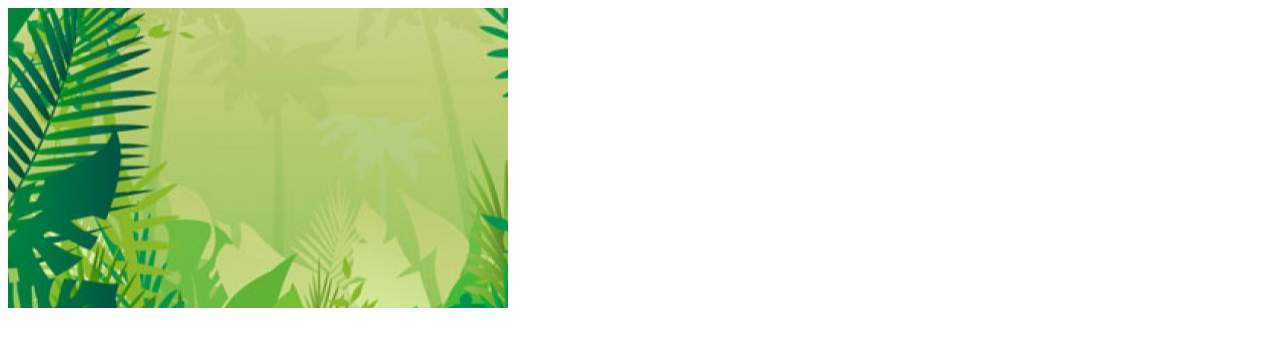
Repository: RathipriyaChandrasekaran/dotlite
Page: ConnectDots/animals.html
An editor plug-in stored every save of this project. The page is shown before and after the next save, followed by the edit.
The browser window is 1280 px wide. The pictures show the whole page.

Above is the page before, as saved 2014-12-15 02:52:41.
Console error: ReferenceError: text is not defined

### ConnectDots/animals.html
<!DOCTYPE html>
<html>
<head>
     <meta charset="utf-8" />
     <meta name="viewport" content="width=device-width, initial-scale=1.0, maximum-scale=1.0">
     <link rel="stylesheet" type="text/css" href="css/appstyle.css"/>
     <script src="js/main.js"></script>
</head>
<body>

  <canvas id="canvas1" width="500" height="300">
  <img src="home.png style=" width:50px !important; height: 50px !important;"></img>
  </canvas>
  <script type="text/javascript">

  var animals = [
                 {
                     url : "http://data1.whicdn.com/images/30005420/large.png",
                     points : [{"x":117,"y":242},{"x":123,"y":140},{"x":99,"y":23},{"x":156,"y":33},{"x":227,"y":42},{"x":325,"y":62},{"x":221,"y":131},{"x":158,"y":181},{"x":171,"y":245},{"x":210,"y":245},{"x":214,"y":195},{"x":267,"y":262},{"x":280,"y":173},{"x":317,"y":157},{"x":307,"y":239},{"x":350,"y":234},{"x":371,"y":137}]
                 }
                 ];

             var animalSelected = 0;
             var animal = animals[animalSelected];

             var can = document.getElementById('canvas1');
             var context = can.getContext('2d');
             var radius = 12;
             var readyToTouchClr = "green";
             var readyToConnectClr = "yellow";
             var clr = "red";

             var height = 300;
             var width = 500;

             context.beginPath();
             context.rect(1, 1, width-2, height-2);
             //context.fillStyle= 'green';
             context.fill();
             context.lineWidth = 1;
             context.strokeStyle = 'black';
             context.stroke();

             function loadCanvas(dataURL, _cb) {

                 // load image from data url
                 var imageObj = new Image();
                 imageObj.onload = function() {
                     var imgWidth = this.width;
                     var imgHeight = this.height;
                     var posX = (width - imgWidth)/2;
                     var posY = (height - imgHeight)/2;
                     context.drawImage(this, -5, posY + 10);
                     if (_cb) _cb();
                 };

                 imageObj.src = dataURL;
             }

            loadCanvas("images/jungle.png", function() {
               drawCircle(point,text);
            });

             function drawCircle(point, text) {
               context.beginPath();
               context.arc(point.x, point.y, radius, 0, 2 * Math.PI, false);
               context.fillStyle = clr;
               context.fill();
               context.lineWidth = 2;
               context.strokeStyle = '#003300';
               context.stroke();


               context.fillStyle = "white";
               var font = "bold " + radius +"px serif";
               context.font = font;
               // Move it down by half the text height and left by half the text width
               var width = context.measureText(text).width;
               var height = context.measureText("w").width; // this is a GUESS of height
               context.fillText(text, point.x - (width/2), point.y + (height/2));
             }

             for(var i in animal.points) {
            	   var point = animal.points[i];
            	   drawCircle(point, i);
            	  }


  </script>
  </body>
  </html>

### ConnectDots/css/appstyle.css
#backgroundimage{
	display: block;

    background-repeat: no-repeat ;
}

#play{
	position: absolute;
	top: 80px;
	left: 320px;
	width: 100px;
	height: 35px;
}

#pref{
	position : absolute;
	top: 130px;
	left: 320px;
	width: 100px;
	height: 30px;
}
#moregame{
	position : absolute;
	top: 170px;
	left: 320px;
	width: 100px;
	height: 30px;
}

#fullversion{
	position : absolute;
	top: 210px;
	left: 320px;
	width: 100px;
	height: 30px;
}

.button {
   border-top: 1px solid #96d1f8;
   background: #D2691E;
   background: -webkit-gradient(linear, left top, left bottom, from(#3e779d), to(#65a9d7));
   background: -webkit-linear-gradient(top, #3e779d, #65a9d7);
   background: -moz-linear-gradient(top, #3e779d, #65a9d7);
   background: -ms-linear-gradient(top, #3e779d, #65a9d7);
   background: -o-linear-gradient(top, #3e779d, #65a9d7);
   padding: 5px 10px;
   -webkit-border-radius: 8px;
   -moz-border-radius: 8px;
   border-radius: 8px;
   -webkit-box-shadow: rgba(0,0,0,1) 0 1px 0;
   -moz-box-shadow: rgba(0,0,0,1) 0 1px 0;
   box-shadow: rgba(0,0,0,1) 0 1px 0;
   text-shadow: rgba(0,0,0,.4) 0 1px 0;
   color: white;
   font-size: 16px;
   font-family: Georgia, serif;
   text-decoration: none;
   vertical-align: middle;
   width: 150px;
   }
.button:hover {
   border-top-color: #28597a;
   background: #28597a;
   color: #ccc;
   }
.button:active {
   border-top-color: #1b435e;
   background: #D2691E;
   }
   .smallbutton {
   border-top: 1px solid #96d1f8;
   background: #65a9d7;
   background: -webkit-gradient(linear, left top, left bottom, from(#3e779d), to(#65a9d7));
   background: -webkit-linear-gradient(top, #3e779d, #65a9d7);
   background: -moz-linear-gradient(top, #3e779d, #65a9d7);
   background: -ms-linear-gradient(top, #3e779d, #65a9d7);
   background: -o-linear-gradient(top, #3e779d, #65a9d7);
   padding: 5px 10px;
   -webkit-border-radius: 8px;
   -moz-border-radius: 8px;
   border-radius: 8px;
   -webkit-box-shadow: rgba(0,0,0,1) 0 1px 0;
   -moz-box-shadow: rgba(0,0,0,1) 0 1px 0;
   box-shadow: rgba(0,0,0,1) 0 1px 0;
   text-shadow: rgba(0,0,0,.4) 0 1px 0;
   color: white;
   font-size: 14px;
   font-family: Georgia, serif;
   text-decoration: none;
   vertical-align: middle;
   width:150px;
   }

### ConnectDots/js/main.js
var startTime;
var checkTime;

//Initialize function
var init = function () {
	// TODO:: Do your initialization job
	console.log("init() called");

	// add eventListener for tizenhwkey
	document.addEventListener('tizenhwkey', function(e) {
		if(e.keyName == "back") {
			try {
				tizen.application.getCurrentApplication().exit();
			} catch (error) {
				console.error("getCurrentApplication(): " + error.message);
			}
		}
	});
};
// window.onload can work without <body onload="">
window.onload = init;

function startTime() {
	var today = new Date();
	var h = today.getHours();

	var m = today.getMinutes();
	var s = today.getSeconds();
	m = checkTime(m);
	s = checkTime(s);
	document.getElementById('divbutton1').innerHTML="Current time: " + h + ":" + m + ":" + s;
	var t = setTimeout(startTime, 250);
}

function checkTime(i) {
	if (i < 10) {
		i="0" + i;
	}
	return i;
}

After the next save:
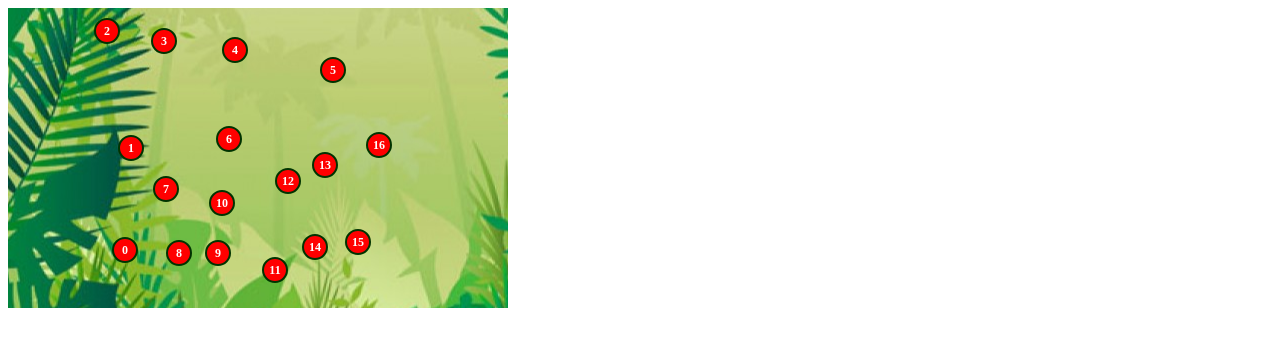
The error is gone.
Saved 75 s later.
--- a/ConnectDots/animals.html
+++ b/ConnectDots/animals.html
@@ -58,7 +58,12 @@
              }
 
             loadCanvas("images/jungle.png", function() {
-               drawCircle(point,text);
+
+            	   for(var i in animal.points) {
+                	   var point = animal.points[i];
+                	   drawCircle(point, i);
+                	  }
+
             });
 
              function drawCircle(point, text) {
@@ -80,10 +85,6 @@
                context.fillText(text, point.x - (width/2), point.y + (height/2));
              }
 
-             for(var i in animal.points) {
-            	   var point = animal.points[i];
-            	   drawCircle(point, i);
-            	  }
 
 
   </script>
